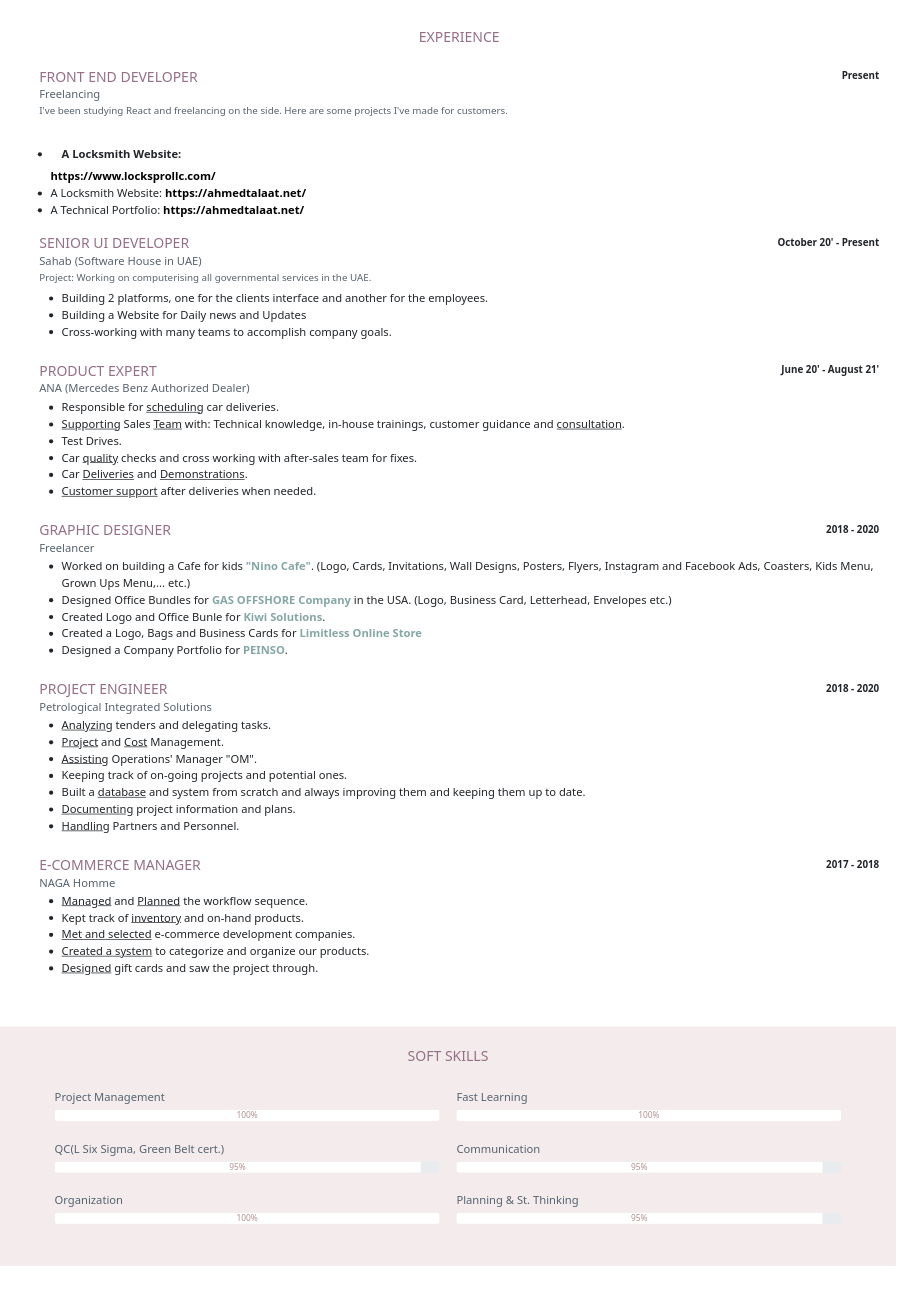
Repository: aya7abbal/my-old-portfolio
Page: resume.html
The author's editor kept a copy of each file at every save. The page is drawn from the files as they stood at one save, then again after the next save.
The browser window is 1280 px wide. The page is 1296 px wide, so the pictures cover 1296 px, including what lies to the right of the window. The pictures show the part of the page from y = 1259 to 3139 px (the page is 3139 px tall before and 3115 px after), at 70% of full size.
Some web fonts or font styles are not loaded; a fallback is used. Some web libraries are served in a nearby version. The style sheet was rebuilt from its Sass, Less or Tailwind sources for each picture, by a compiler version that may differ from the author's.

Above is the page before, as saved 2022-07-07 23:51:12.

After the next save:
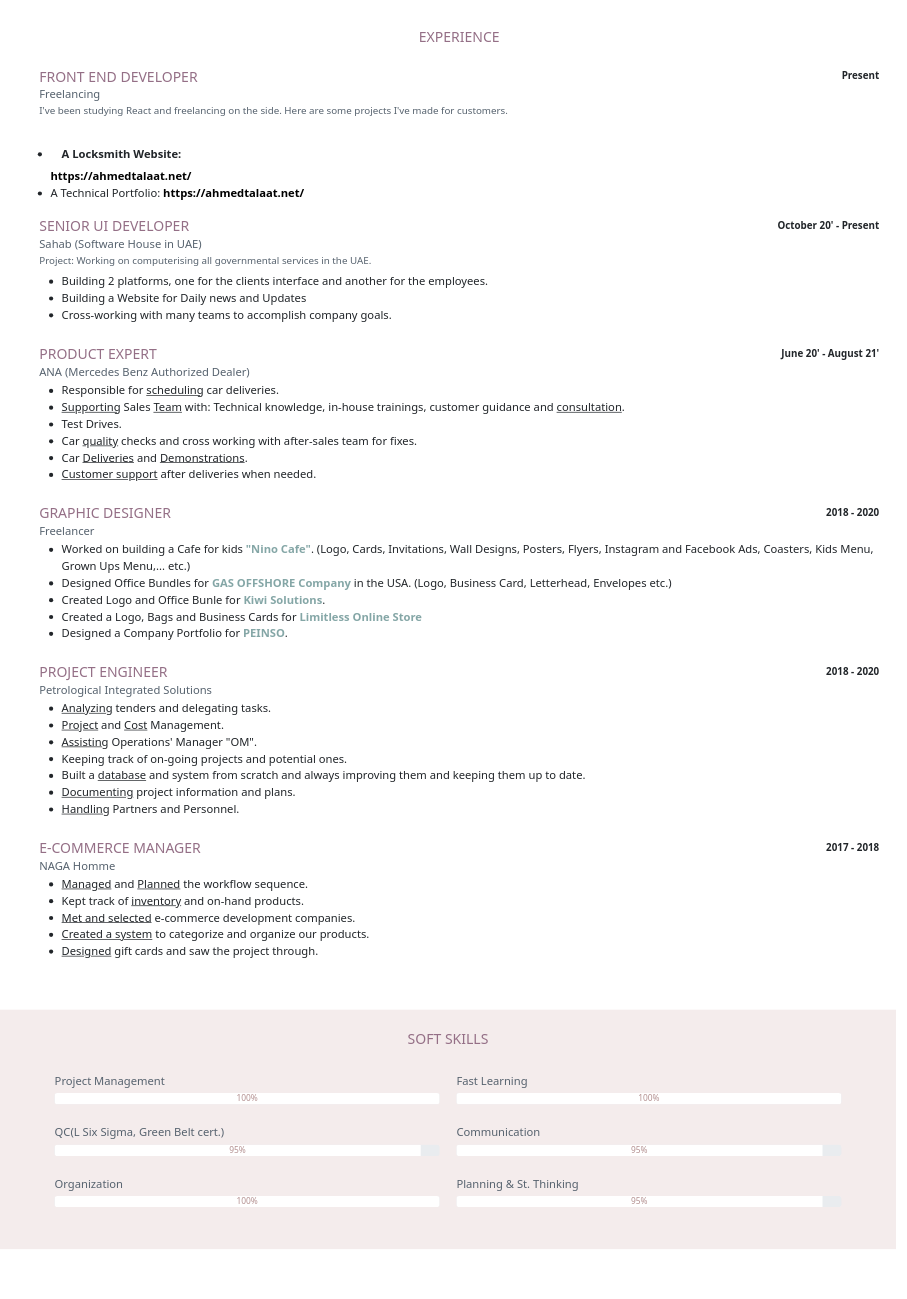
Saved 17 s later.
--- a/resume.html
+++ b/resume.html
@@ -358,8 +358,7 @@
 
     <h6><small>I've been studying React and freelancing on the side. Here are some projects I've made for customers.</small> </h6>
     <ul class="exp">
-        <li>A Locksmith Website: <a href="https://www.locksprollc.com/">https://www.locksprollc.com/</a></li>
-        <li>A Locksmith Website: <a href="https://www.locksprollc.com/ ">https://ahmedtalaat.net/ </a></li>
+        <li>A Locksmith Website: <a href="https://www.locksprollc.com/">https://ahmedtalaat.net/ </a></li>
         <li>A Technical Portfolio: <a href="https://ahmedtalaat.net/ ">https://ahmedtalaat.net/ </a></li>
 
 
